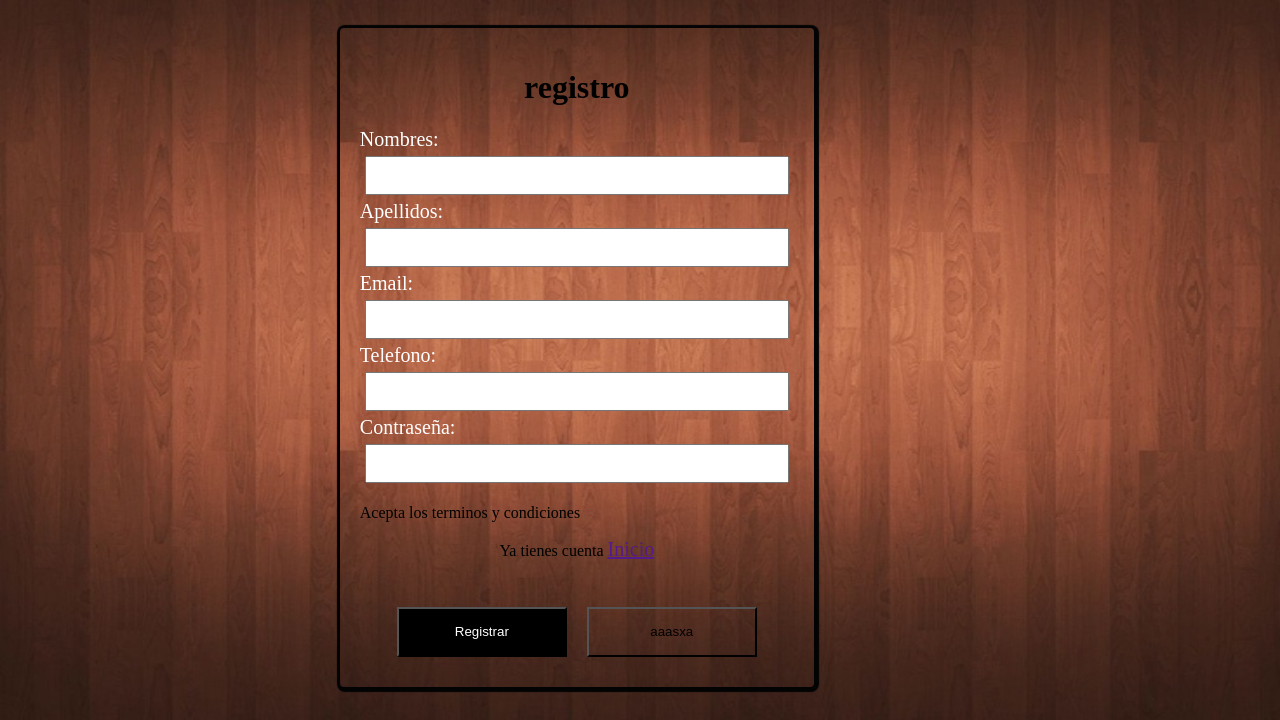
Repository: ye909/aplicacion_restaurante
Page: public/templeis/registro.html
These files come from the project's save history. The page is drawn as it stood at one moment and after the next save; the edit follows.
The browser window is 1280 px wide. The pictures show the whole page.
The pointer rests on the first visible `button`.

Above is the page before, as saved 2024-11-12 21:59:09.

After the next save:
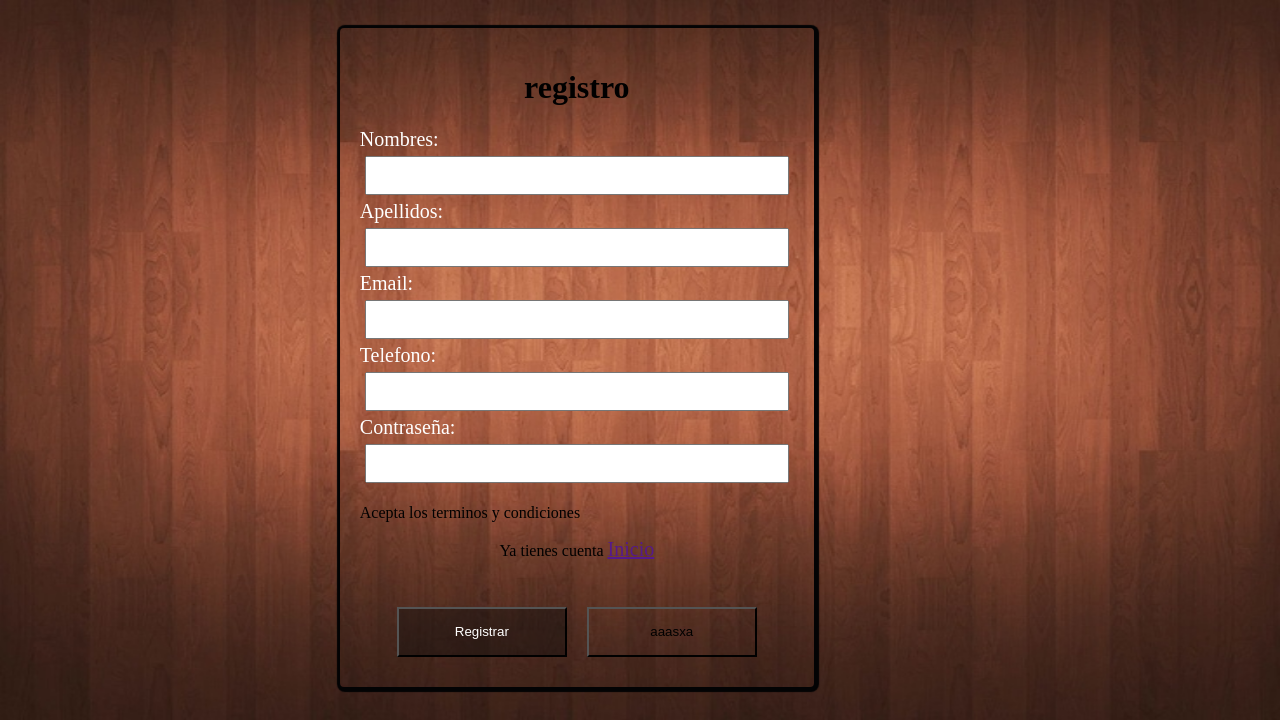
Saved 25 s later.
--- a/public/css/registro.css
+++ b/public/css/registro.css
@@ -42,7 +42,7 @@ button{
 }
 button:hover{
     color:white;
-    background:black;
+    background:rgba(14, 13, 13,0.4);
 }
 input{
     padding: 10px;
